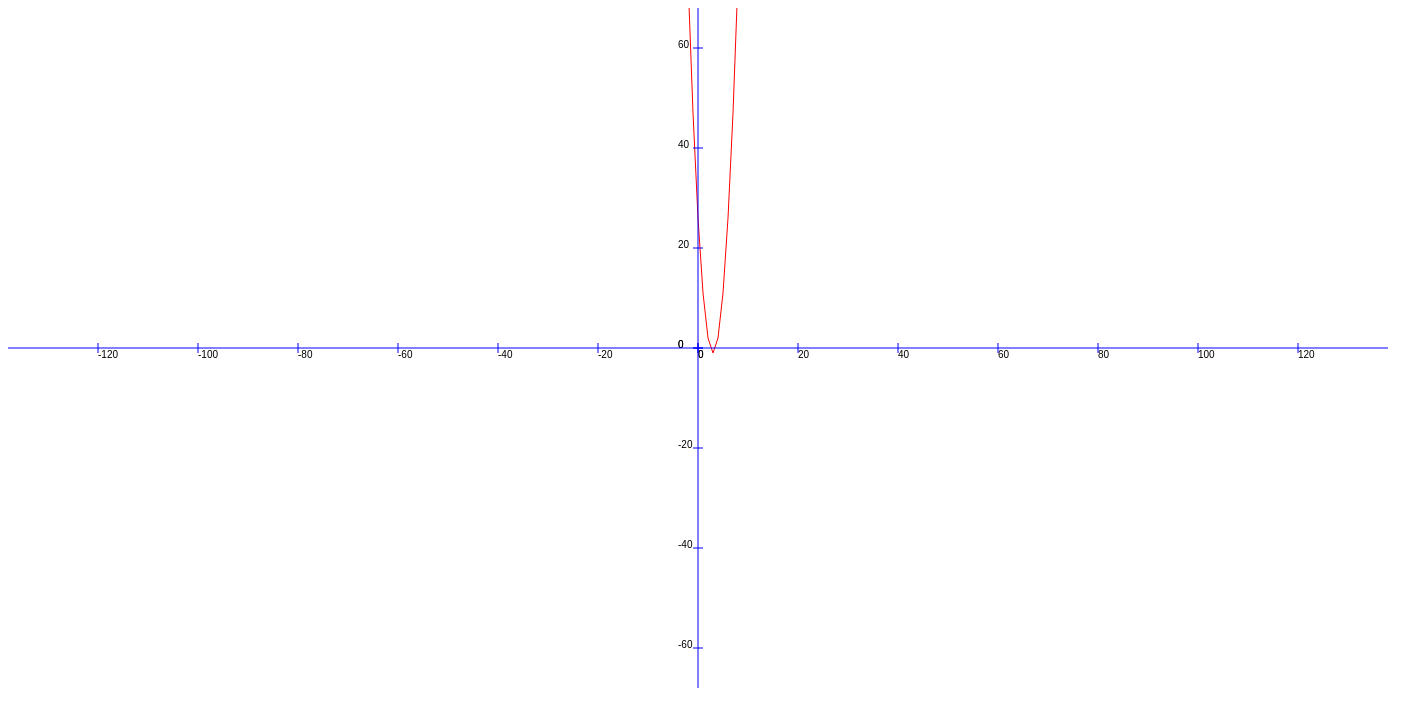
Repository: tclintaichung/book
Page: ex16/ex16_01/frame.html
An editor plug-in stored every save of this project. The page is shown before and after the next save, followed by the edit.
The browser window is 1280 px wide. The page is 1408 px wide, so the pictures cover 1408 px, including what lies to the right of the window. The pictures show the whole page.

Above is the page before, as saved 2025-09-27 16:30:37.

After the next save:
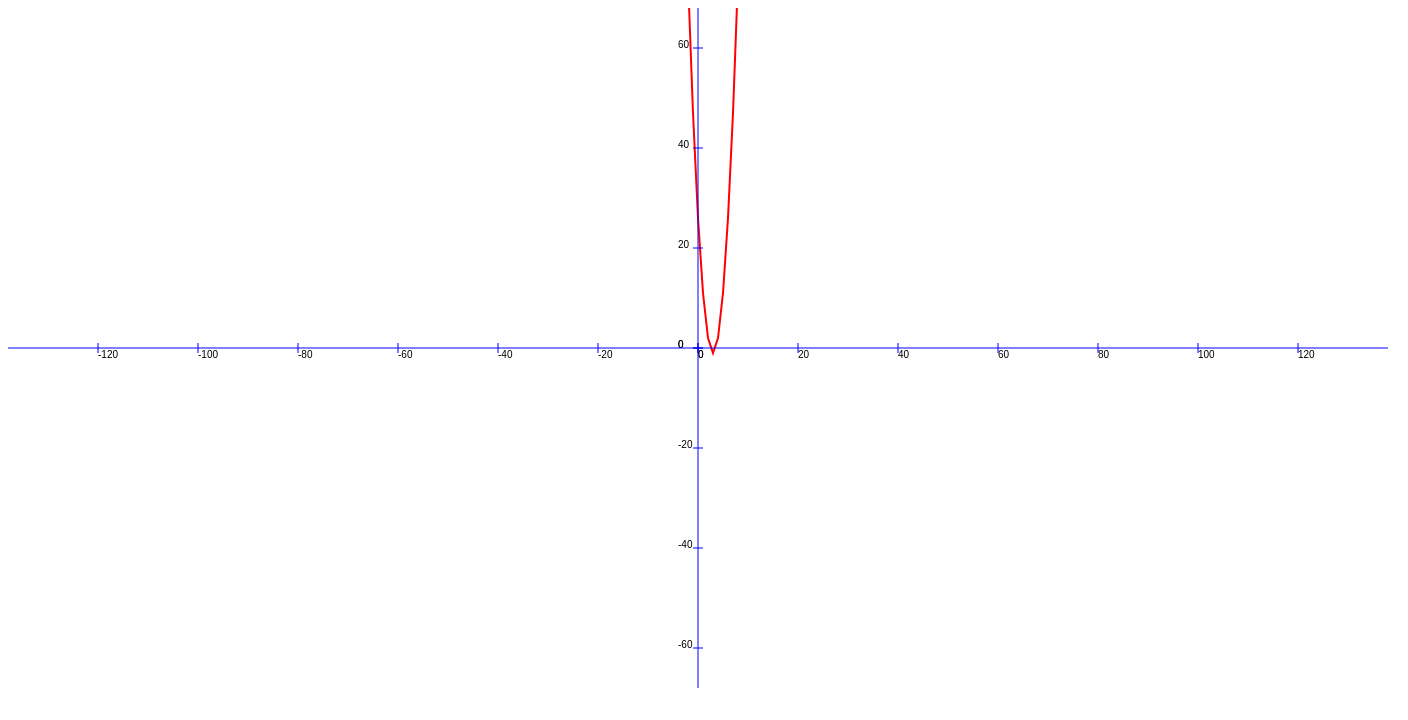
Saved 29 s later.
--- a/ex16/ex16_01/frame.html
+++ b/ex16/ex16_01/frame.html
@@ -76,7 +76,7 @@
                 ctx.lineTo(point_x[i] * scale + myCanvas.width / 2, myCanvas.height / 2 - point_y[i] * scale);
             }
             ctx.strokeStyle = colors[0];
-            ctx.lineWidth = 1;
+            ctx.lineWidth = 2;
             ctx.stroke();
         }
    </script>
